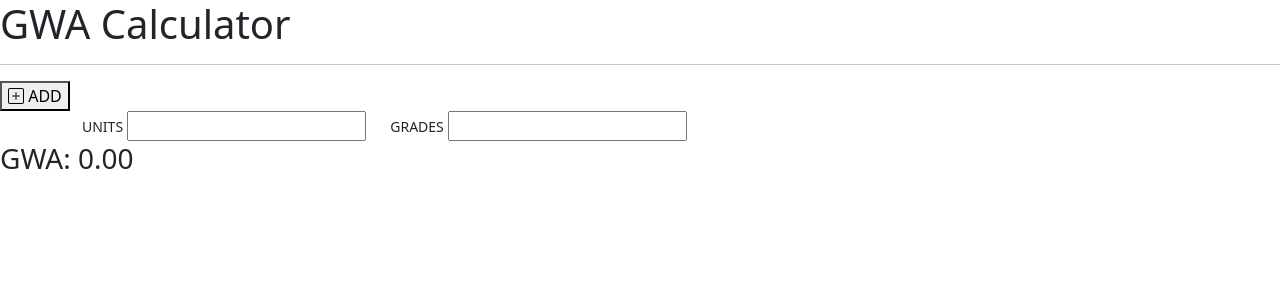
Repository: yonora/GWACalculator
Page: index.html
These files come from the project's save history. The page is drawn as it stood at one moment and after the next save; the edit follows.
The browser window is 1280 px wide. The pictures show the whole page.

Above is the page before, as saved 2025-01-08 00:26:25.

After the next save:
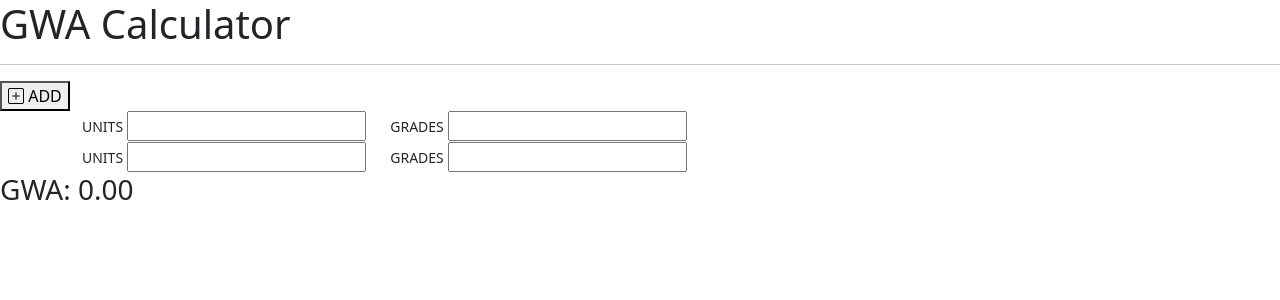
Saved 72 s later.
--- a/index.html
+++ b/index.html
@@ -23,6 +23,16 @@
                 <input type="text" class="col-form-control grades" oninput="getGWA()">
             </div>
         </div>
+        <div class="row grade-container" data-index="2">
+            <div class="col-auto">
+                <label class="col-form-label-sm">UNITS</label>
+                <input type="number" class="col-form-control units"  min="1" oninput="getGWA()">
+            </div>
+            <div class="col-auto">
+                <label class="col-form-label-sm">GRADES</label>
+                <input type="text" class="col-form-control grades" oninput="getGWA()">
+            </div>
+        </div>
     </div>
     <h3>GWA: <span id="gwa">0.00</span></h3>
 </body>

After the save that followed:
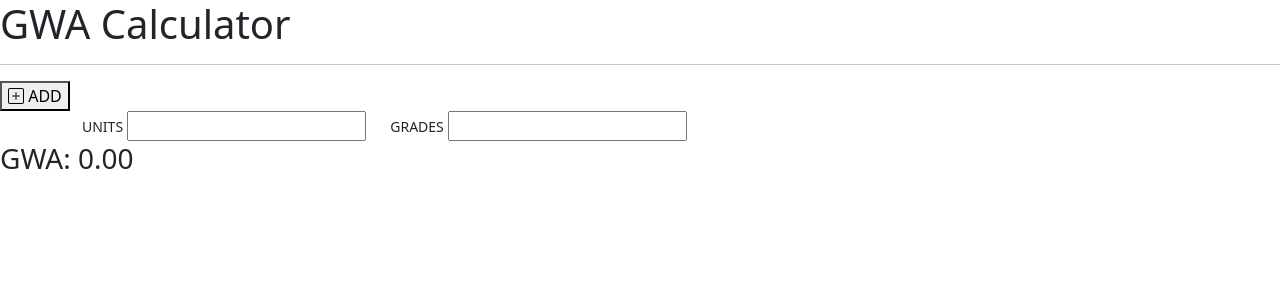
Saved 56 s later.
--- a/index.html
+++ b/index.html
@@ -23,16 +23,6 @@
                 <input type="text" class="col-form-control grades" oninput="getGWA()">
             </div>
         </div>
-        <div class="row grade-container" data-index="2">
-            <div class="col-auto">
-                <label class="col-form-label-sm">UNITS</label>
-                <input type="number" class="col-form-control units"  min="1" oninput="getGWA()">
-            </div>
-            <div class="col-auto">
-                <label class="col-form-label-sm">GRADES</label>
-                <input type="text" class="col-form-control grades" oninput="getGWA()">
-            </div>
-        </div>
     </div>
     <h3>GWA: <span id="gwa">0.00</span></h3>
 </body>
